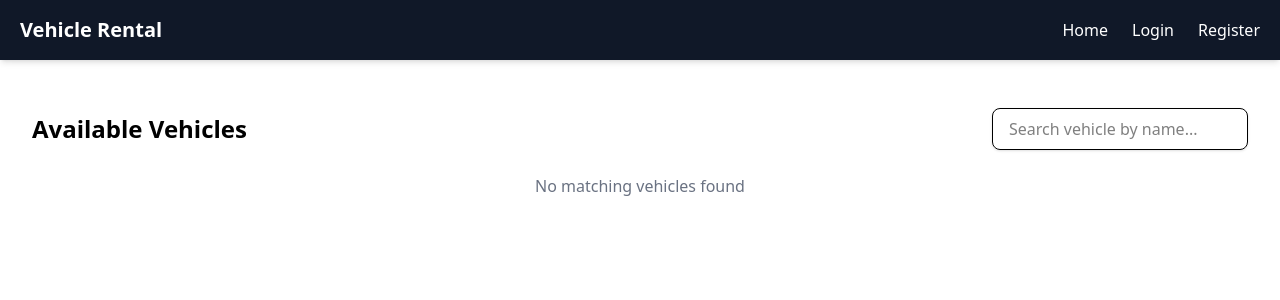
Repository: Sugan-g/vehicle-rental-system
Page: / (app in frontend/)
An editor plug-in stored every save of this project. The page is shown before and after the next save, followed by the edit.
The browser window is 1280 px wide. The pictures show the whole page.
The page's requests for data from a server got no answer. The project was rebuilt for these pictures with package versions that can differ from the ones it lists, and the page was loaded fresh each time. No one was signed in, and anything a server would have sent is missing. Also part of the build but not shown: frontend/vite.config.js, frontend/src/components/VehicleCard.jsx, frontend/src/components/BookingForm.jsx, frontend/src/components/ReviewForm.jsx, frontend/src/pages/VehiclePage.jsx, frontend/src/pages/LoginPage.jsx, frontend/src/pages/RegisterPage.jsx, frontend/src/pages/RentalHistoryPage.jsx and 7 more.

Above is the page before, as saved 2025-11-17 10:52:54.

After the next save:
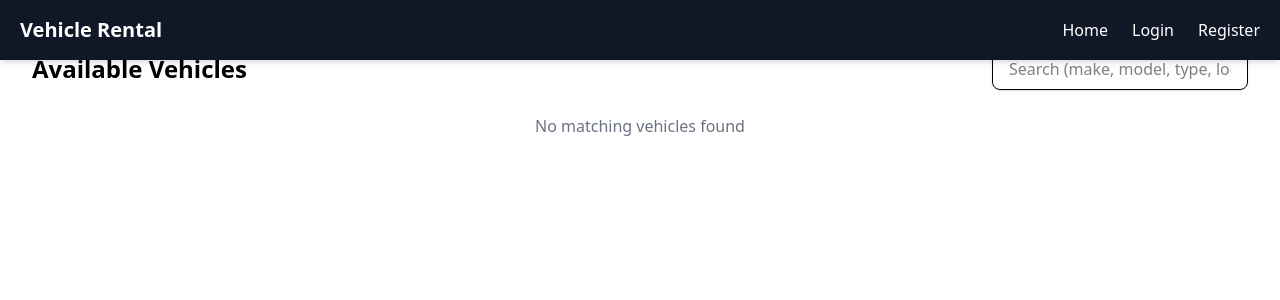
Saved 3 min 7 s later.
--- a/frontend/src/pages/HomePage.jsx
+++ b/frontend/src/pages/HomePage.jsx
@@ -24,12 +24,17 @@ export default function HomePage() {
         fetchVehicles();
     }, []);
 
-    // Safe filtering (avoids undefined errors)
+    // ✅ Correct search filter (make + model + type + location)
     useEffect(() => {
+        const search = searchTerm.toLowerCase();
+
         const result = vehicles.filter((v) => {
-            const name = (v?.name || "").toString().toLowerCase();
-            const search = searchTerm.toLowerCase();
-            return name.includes(search);
+            return (
+                (v?.make || "").toLowerCase().includes(search) ||
+                (v?.model || "").toLowerCase().includes(search) ||
+                (v?.type || "").toLowerCase().includes(search) ||
+                (v?.location || "").toLowerCase().includes(search)
+            );
         });
 
         setFilteredVehicles(result);
@@ -44,7 +49,7 @@ export default function HomePage() {
     }
 
     return (
-        <div className="max-w-7xl mx-auto px-4 sm:px-6 lg:px-8 py-8 mt-15">
+        <div className="max-w-7xl mx-auto px-4 sm:px-6 lg:px-8 pt-8 pb-8">
 
             {/* Title + Search beside each other */}
             <div className="flex flex-col md:flex-row md:items-center md:justify-between pt-4 mb-6">
@@ -52,7 +57,7 @@ export default function HomePage() {
 
                 <input
                     type="text"
-                    placeholder="Search vehicle by name..."
+                    placeholder="Search (make, model, type, location)..."
                     className="w-full md:w-64 px-4 py-2 border rounded-lg shadow-sm focus:ring-2 focus:ring-blue-500"
                     value={searchTerm}
                     onChange={(e) => setSearchTerm(e.target.value)}
